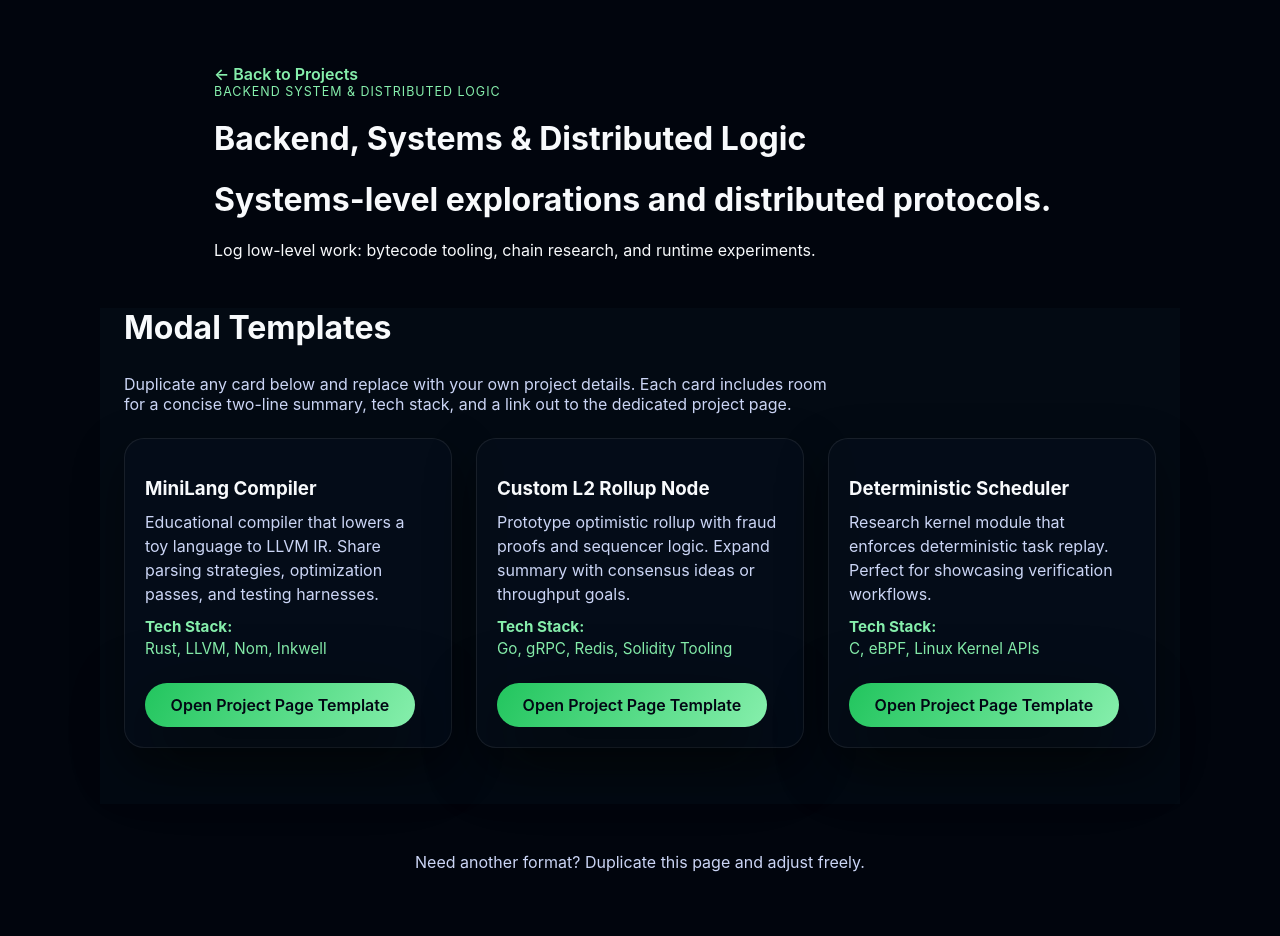
Repository: Abdulaziz-04/Abdulaziz-04.github.io
Page: projects/backend_systems.html
These files come from the project's save history. The page is drawn as it stood at one moment and after the next save; the edit follows.
The browser window is 1280 px wide. The pictures show the whole page.

Above is the page before, as saved 2025-11-20 17:16:20.

### projects/backend_systems.html
<!DOCTYPE html>
<html lang="en">
  <head>
    <meta charset="UTF-8" />
    <meta name="viewport" content="width=device-width, initial-scale=1" />
    <title>Backend, Systems &amp; Distributed Logic | Projects</title>
    <link rel="stylesheet" href="../assets/css/styles.css" />
  </head>
  <body class="category-page">
    <header class="category-hero">
      <a class="category-back" href="../index.html#projects"
        >&larr; Back to Projects</a
      >
      <a class="category-pill" href="../index.html#projects"
        >Backend System &amp; Distributed Logic</a
      >
      <h1>Backend, Systems &amp; Distributed Logic</h1>
      <h1>Systems-level explorations and distributed protocols.</h1>
      <p>
        Log low-level work: bytecode tooling, chain research, and runtime
        experiments.
      </p>
    </header>
    <main class="section category-section">
      <h2>Modal Templates</h2>
      <p class="category-description">
        Duplicate any card below and replace with your own project details. Each
        card includes room for a concise two-line summary, tech stack, and a
        link out to the dedicated project page.
      </p>
      <div class="project-modal-grid">
        <article class="project-modal-card">
          <div class="project-modal__body">
            <h3>MiniLang Compiler</h3>
            <p class="project-modal__summary">
              Educational compiler that lowers a toy language to LLVM IR. Share
              parsing strategies, optimization passes, and testing harnesses.
            </p>
            <p class="project-modal__tech">
              <strong>Tech Stack:</strong> Rust, LLVM, Nom, Inkwell
            </p>
            <div class="project-modal__actions">
              <a class="btn primary" href="project-template.html"
                >Open Project Page Template</a
              >
            </div>
          </div>
        </article>

        <article class="project-modal-card">
          <div class="project-modal__body">
            <h3>Custom L2 Rollup Node</h3>
            <p class="project-modal__summary">
              Prototype optimistic rollup with fraud proofs and sequencer logic.
              Expand summary with consensus ideas or throughput goals.
            </p>
            <p class="project-modal__tech">
              <strong>Tech Stack:</strong> Go, gRPC, Redis, Solidity Tooling
            </p>
            <div class="project-modal__actions">
              <a class="btn primary" href="project-template.html"
                >Open Project Page Template</a
              >
            </div>
          </div>
        </article>

        <article class="project-modal-card">
          <div class="project-modal__body">
            <h3>Deterministic Scheduler</h3>
            <p class="project-modal__summary">
              Research kernel module that enforces deterministic task replay.
              Perfect for showcasing verification workflows.
            </p>
            <p class="project-modal__tech">
              <strong>Tech Stack:</strong> C, eBPF, Linux Kernel APIs
            </p>
            <div class="project-modal__actions">
              <a class="btn primary" href="project-template.html"
                >Open Project Page Template</a
              >
            </div>
          </div>
        </article>
      </div>
    </main>
    <footer class="category-footer">
      <p>Need another format? Duplicate this page and adjust freely.</p>
    </footer>
  </body>
</html>

### assets/css/styles.css
:root {
  --bg: #030a13;
  --bg-alt: #050f1f;
  --panel: #071425;
  --panel-soft: rgba(34, 197, 94, 0.08);
  --accent: #22c55e;
  --accent-strong: #86efac;
  --text: #f8fafc;
  --muted: #cbd5f5;
  --border: rgba(255, 255, 255, 0.08);
  --radius: 18px;
  --shadow: 0 25px 70px rgba(1, 8, 4, 0.55);
}

* {
  box-sizing: border-box;
}

body {
  margin: 0;
  min-height: 100vh;
  font-family: "Inter", "Segoe UI", system-ui, -apple-system, BlinkMacSystemFont,
    sans-serif;
  color: var(--text);
  background: radial-gradient(circle at 15% 35%, rgba(34, 197, 94, 0.15), transparent 45%),
    radial-gradient(circle at 80% 0%, rgba(134, 239, 172, 0.2), transparent 35%),
    #020718;
  scroll-behavior: smooth;
  padding-top: 0;
}

.modal-open {
  overflow: hidden;
}

main {
  background: var(--bg);
}

.section {
  max-width: 1080px;
  margin: 0 auto;
  padding: 3.5rem 1.5rem;
}

.site-header {
  margin: 0;
  padding: clamp(4rem, 12vw, 6rem) clamp(1.5rem, 6vw, 4rem) 3.5rem;
  background: linear-gradient(135deg, rgba(5, 18, 12, 0.9), rgba(3, 10, 19, 0.85)),
    radial-gradient(circle at top left, rgba(34, 197, 94, 0.25), transparent 55%);
  box-shadow: inset 0 1px 0 rgba(255, 255, 255, 0.05);
  min-height: 85vh;
  display: flex;
  align-items: center;
}

.hero-header {
  margin-top: 0;
  padding-top: clamp(4.5rem, 12vw, 7rem);
}

.top-nav {
  position: fixed;
  top: 0;
  left: 0;
  width: 100%;
  padding: 0.75rem clamp(1.25rem, 6vw, 4rem);
  background: rgba(4, 9, 20, 0.95);
  border-bottom: 1px solid rgba(255, 255, 255, 0.05);
  backdrop-filter: blur(14px);
  display: flex;
  align-items: center;
  justify-content: space-between;
  gap: 1rem;
  z-index: 50;
}

.top-nav__brand {
  font-size: 0.85rem;
  letter-spacing: 0.3em;
  text-transform: uppercase;
  color: var(--muted);
}

.top-nav__links {
  display: flex;
  align-items: center;
  gap: 0.9rem;
  flex-wrap: wrap;
}

.nav-link {
  text-decoration: none;
  color: var(--muted);
  font-weight: 600;
  letter-spacing: 0.08em;
  text-transform: uppercase;
  padding: 0.4rem 0.85rem;
  border-radius: 999px;
  transition: color 0.2s ease, background 0.2s ease;
}

.nav-link:hover {
  color: var(--text);
}

.nav-link.active {
  background: var(--accent);
  color: #03140c;
}

.hire-btn {
  cursor: pointer;
  background: var(--accent);
  color: black;
  padding: 0.95rem 2.4rem;
  font-size: 1.1rem;
  font-weight: 700;
  border: none;
  border-radius: 999px;
  box-shadow: 0 12px 28px rgba(34, 197, 94, 0.35);
}

.hero-grid {
  display: grid;
  grid-template-columns: minmax(0, 1.4fr) minmax(220px, 320px);
  gap: clamp(2rem, 4vw, 3.5rem);
  width: 100%;
  align-items: start;
}

.hero-text h1 {
  font-size: clamp(2.5rem, 5vw, 3.8rem);
  margin: 0.2rem 0 0.8rem;
}

.hero-lede {
  color: var(--muted);
  font-size: 1.05rem;
  max-width: 560px;
  line-height: 1.6;
}

.eyebrow {
  text-transform: uppercase;
  color: var(--accent-strong);
}

.hero-summary {
  margin: 1.5rem 0 1.75rem;
  color: var(--muted);
}

.summary-list {
  font-size: large;
  margin: 0;
  padding-left: 1.5rem;
}

.summary-list li {
  margin-bottom: 0.55rem;
  line-height: 1.5;
}

.hero-actions {
  display: flex;
  flex-wrap: wrap;
  gap: 1rem;
  width: 100%;
}

.hero-actions .hire-btn {
  padding: 1.1rem 2.8rem;
  font-size: 1.2rem;
}

.btn {
  display: inline-flex;
  align-items: center;
  justify-content: center;
  gap: 0.4rem;
  padding: 0.75rem 1.6rem;
  border-radius: 999px;
  text-decoration: none;
  font-weight: 600;
  transition: transform 0.2s ease, box-shadow 0.2s ease;
}

.btn.primary {
  background: linear-gradient(120deg, var(--accent), var(--accent-strong));
  color: #020714;
  box-shadow: var(--shadow);
}

.btn.secondary {
  border: 1px solid var(--accent);
  color: var(--accent-strong);
}

.btn:hover {
  transform: translateY(-2px);
}

.hero-photo {
  justify-self: center;
}

.hero-photo img {
  width: clamp(220px, 18vw, 280px);
  border-radius: 28px;
  border: 1px solid rgba(134, 239, 172, 0.2);
  box-shadow: 0 20px 60px rgba(0, 0, 0, 0.6);
  filter: saturate(1.05);
}

.section h2 {
  margin-top: 0;
  font-size: 2rem;
}

.experience-grid {
  display: grid;
  grid-template-columns: repeat(auto-fit, minmax(300px, 1fr));
  gap: 1.75rem;
}

.experience-title {
  display: flex;
  justify-content: space-between;
  align-items: center;
  gap: 1rem;
  font-size: 1.2rem;
}

.experience-title .role {
  color: var(--text); /* default text color */
  font-weight: 600;
}

.experience-title .org {
  color:#6DF9C9;
  white-space: nowrap;
}

.experience-card,
.project-card {
  background: linear-gradient(145deg, var(--panel), rgba(6, 14, 18, 0.9));
  border-radius: var(--radius);
  border: 1px solid var(--border);
  padding: 1.75rem;
  box-shadow: var(--shadow);
}

.timeline {
  border-left: 2px solid var(--border);
  margin-top: 1.25rem;
}

.timeline-item {
  padding-left: 1.75rem;
  margin-bottom: 1.75rem;
  position: relative;
}

.timeline-header {
  display: flex;
  justify-content: space-between;
  align-items: baseline;
  gap: 1rem;
}

.timeline-header h3 {
  margin: 0;
}

.education-title {
  display: flex;
  justify-content: space-between;
  gap: 0.75rem;
  align-items: baseline;
  flex-wrap: wrap;
}

.edu-gpa {
  color: var(--accent-strong);
  white-space: nowrap;
  font-size: 0.95rem;
}





.hire-modal {
  position: fixed;
  inset: 0;
  background: rgba(5, 9, 18, 0.8);
  display: flex;
  justify-content: center;
  align-items: center;
  z-index: 100;
}

.hire-modal[hidden] {
  display: none;
}

.hire-modal__panel {
  background: #050b16;
  border: 1px solid rgba(255, 255, 255, 0.08);
  border-radius: 22px;
  padding: 1.75rem;
  width: min(90%, 420px);
  box-shadow: 0 30px 80px rgba(0, 0, 0, 0.55);
  position: relative;
  color: var(--text);
}

.hire-modal__panel p {
  color: var(--muted);
}

.hire-modal__close {
  position: absolute;
  top: 0.5rem;
  right: 0.75rem;
  background: var(--accent);
  color: #02120b;
  border: none;
  font-size: 1.35rem;
  font-weight: 700;
  cursor: pointer;
  width: 2.25rem;
  height: 2.25rem;
  border-radius: 999px;
  display: inline-flex;
  align-items: center;
  justify-content: center;
  line-height: 1;
}

.hire-options {
  display: flex;
  flex-direction: column;
  gap: 0.75rem;
  margin-top: 1rem;
}

.hire-option {
  display: flex;
  justify-content: space-between;
  align-items: center;
  padding: 0.85rem 1rem;
  border-radius: 1rem;
  text-decoration: none;
  color: var(--text);
  border: 1px solid rgba(255, 255, 255, 0.08);
  background: rgba(255, 255, 255, 0.02);
  transition: background 0.2s ease, transform 0.2s ease;
}

.hire-option:hover {
  background: rgba(34, 197, 94, 0.18);
  transform: translateY(-2px);
}

.hire-option small {
  color: var(--muted);
  letter-spacing: 0.04em;
}

.hire-modal__action {
  margin-top: 1.5rem;
  width: 100%;
  text-align: center;
}

.timeline-item::before {
  content: "";
  width: 11px;
  height: 11px;
  border-radius: 999px;
  background: var(--accent);
  box-shadow: 0 0 16px rgba(34, 197, 94, 0.8);
  position: absolute;
  left: -6px;
  top: 4px;
}

.timeline-date {
  font-size: 0.85rem;
  letter-spacing: 0.1em;
  text-transform: uppercase;
  color: var(--muted);
}

.course-dropdown {
  margin-top: 1.5rem;
}

.course-toggle {
  width: 100%;
  background: transparent;
  border: 1px solid rgba(255, 255, 255, 0.08);
  border-radius: var(--radius);
  padding: 0.75rem 1.1rem;
  color: var(--text);
  font: inherit;
  font-weight: 600;
  letter-spacing: 0.04em;
  display: flex;
  justify-content: space-between;
  align-items: center;
  cursor: pointer;
  transition: border-color 0.2s ease, transform 0.2s ease, box-shadow 0.2s ease;
}

.course-toggle:hover {
  border-color: rgba(134, 239, 172, 0.7);
  box-shadow: 0 0 20px rgba(34, 197, 94, 0.25);
  transform: translateY(-1px);
}

.course-toggle__icon {
  font-size: 1.1rem;
  line-height: 1;
  transition: transform 0.25s ease;
}

.course-toggle[aria-expanded='true'] .course-toggle__icon {
  transform: rotate(45deg);
}

.course-panel {
  margin-top: 1rem;
  border-left: 2px solid rgba(134, 239, 172, 0.3);
  padding-left: 1.25rem;
}

.course-panel[hidden] {
  display: none;
}

.course-panel__body h4 {
  margin-top: 1rem;
  margin-bottom: 0.5rem;
}

.certifications-list {
  display: grid;
  gap: 1rem;
  margin-top: 1rem;
}

#certifications {
  scroll-margin-top: 140px;
}

.cert-list {
  list-style: none;
  padding: 0;
  margin: 0;
  display: flex;
  flex-direction: column;
  gap: 0.75rem;
}

.cert-title {
  font-weight: 700;
}

.cert-meta {
  font-size: 0.95rem;
  color: var(--muted);
}

.loading-text,
.loading-error {
  color: var(--muted);
  font-style: italic;
}

.loading-error {
  color: #fda4af;
}

.project-card--featured {
  display: flex;
  flex-wrap: wrap;
  gap: 1.5rem;
}

.project-media img {
  max-width: 280px;
  border-radius: var(--radius);
  border: 1px solid rgba(34, 197, 94, 0.3);
}

.project-grid {
  display: grid;
  grid-template-columns: repeat(auto-fit, minmax(240px, 1fr));
  gap: 1.25rem;
  margin-top: 1rem;
}

.projects-overview .projects-lede {
  color: var(--muted);
  max-width: 760px;
  margin-bottom: 2rem;
}

.project-category-grid {
  display: grid;
  grid-template-columns: repeat(auto-fit, minmax(260px, 1fr));
  gap: 1.5rem;
  margin-top: 2rem;
}

.project-category-card {
  border: 1px solid var(--border);
  border-radius: var(--radius);
  padding: 1.75rem;
  background: rgba(7, 19, 33, 0.85);
  display: flex;
  flex-direction: column;
  gap: 0.75rem;
  box-shadow: 0 15px 40px rgba(0, 0, 0, 0.35);
  min-height: 260px;
}

.category-pill {
  text-transform: uppercase;
  letter-spacing: 0.08em;
  font-size: 0.78rem;
  color: var(--accent-strong);
  margin: 0;
  display: block;
  min-height: 2.2em;
  text-decoration: none;
  cursor: pointer;
}

.project-category-card h3 {
  margin: 0;
  line-height: 1.35;
  min-height: 3.2em;
}

.project-category-card > p:not(.category-pill) {
  margin: 0;
  line-height: 1.5;
  min-height: 4.4em;
}

.category-link {
  align-self: flex-start;
  margin-top: auto;
}

.category-page {
  background: #01050d;
  color: var(--text);
  min-height: 100vh;
  margin: 0;
}

.category-hero {
  max-width: 900px;
  margin: 0 auto;
  padding: 4rem 1.5rem 2rem;
  text-align: left;
}

.category-hero h1 {
  margin-top: 0.5rem;
}

.category-back {
  text-decoration: none;
  color: var(--accent-strong);
  font-weight: 600;
}

.category-section {
  padding-top: 0;
}

.category-description {
  color: var(--muted);
  max-width: 720px;
}

.project-modal-grid {
  display: grid;
  grid-template-columns: repeat(auto-fit, minmax(280px, 1fr));
  gap: 1.5rem;
  margin-top: 1.5rem;
  align-items: stretch;
  grid-auto-rows: 1fr;
}

.project-modal-card {
  border: 1px solid rgba(255, 255, 255, 0.08);
  border-radius: 20px;
  padding: 1.25rem;
  background: rgba(5, 13, 25, 0.95);
  display: flex;
  flex-direction: column;
  gap: 1rem;
  box-shadow: 0 20px 50px rgba(0, 0, 0, 0.45);
  height: 100%;
}

.project-modal__body {
  display: grid;
  grid-template-rows: auto 1fr auto auto;
  gap: 0.6rem;
  height: 100%;
}

.project-modal-card h3 {
  margin: 0;
  min-height: 2.6rem;
  display: flex;
  align-items: flex-end;
}

.project-modal__body h3,
.project-modal__body p {
  margin: 0;
}

.project-modal__summary {
  color: var(--muted);
  line-height: 1.5;
  min-height: 0;
}

.project-modal__tech {
  font-size: 0.95rem;
  color: var(--accent-strong);
  min-height: 2.4rem;
  line-height: 1.5;
}

.project-modal__tech strong,
.project-modal__tech b {
  display: block;
}

.project-modal__actions {
  display: flex;
  gap: 0.75rem;
  flex-wrap: wrap;
  margin-top: auto;
  padding-top: 0.75rem;
}

.category-footer {
  text-align: center;
  color: var(--muted);
  padding: 2rem 1rem 3rem;
}

.project-detail-page {
  background: #01050d;
  color: var(--text);
  margin: 0;
}

.detail-hero {
  max-width: 960px;
  margin: 0 auto;
  padding: 4rem 1.5rem 2rem;
}

.detail-summary {
  color: var(--muted);
  font-size: 1.1rem;
}

.detail-meta {
  list-style: none;
  padding: 0;
  margin: 1.5rem 0 0;
  display: flex;
  flex-wrap: wrap;
  gap: 1rem 2rem;
  color: var(--accent-strong);
}

.detail-content {
  padding-top: 0;
}

.home-page p,
.home-page li,
.home-page .course-panel__body {
  text-align: justify;
}

.home-page .projects-overview p,
.home-page .project-category-card p {
  text-align: left;
}

.project-detail-page p,
.project-detail-page li {
  text-align: justify;
}

.detail-section {
  margin-bottom: 2.5rem;
}

.detail-gallery {
  display: flex;
  flex-direction: column;
  gap: 1.5rem;
}

.detail-gallery .gallery-row {
  display: flex;
  flex-direction: column;
  gap: 1.75rem;
  align-items: center;
}

.detail-gallery .gallery-row--two {
  width: 100%;
  display: grid;
  grid-template-columns: repeat(auto-fit, minmax(280px, 1fr));
  gap: 1.25rem;
  align-items: start;
}

.detail-gallery .gallery-item {
  flex: 0 0 auto;
  max-width: 880px;
  margin: 0 auto;
  text-align: center;
}

.detail-gallery .gallery-item figcaption {
  text-align: center;
}

.detail-gallery .gallery-item img {
  display: block;
  width: 100%;
  height: auto;
  border-radius: 12px;
  border: 1px solid rgba(255, 255, 255, 0.08);
  margin: 0 auto;
  transform: none;
}

.detail-video {
  display: block;
  width: 100%;
  max-width: 720px;
  height: auto;
  margin: 0 auto;
  border-radius: 12px;
  border: 1px solid rgba(255, 255, 255, 0.08);
  background: #000;
}

.detail-gallery__grid {
  display: grid;
  grid-template-columns: repeat(auto-fit, minmax(240px, 1fr));
  gap: 1.25rem;
}

.detail-gallery__grid img {
  width: 100%;
  border-radius: 14px;
  border: 1px solid rgba(255, 255, 255, 0.08);
}

.detail-snippet pre {
  background: #020714;
  padding: 1.25rem;
  border-radius: 16px;
  border: 1px solid rgba(255, 255, 255, 0.08);
  overflow-x: auto;
}

.code-emphasis {
  font-size: 1.4em;
}

.skills-list {
  display: flex;
  flex-wrap: wrap;
  gap: 0.65rem;
}

.skill-pill {
  --pill-bg: rgba(148, 163, 184, 0.15);
  --pill-color: #f8fafc;
  --pill-icon: rgba(255, 255, 255, 0.85);
  display: inline-flex;
  align-items: center;
  gap: 0.4rem;
  padding: 0.45rem 0.9rem;
  border-radius: 0.85rem;
  background: var(--pill-bg);
  color: var(--pill-color);
  font-size: 0.78rem;
  font-weight: 700;
  letter-spacing: 0.05em;
  text-transform: uppercase;
  border: 1px solid rgba(255, 255, 255, 0.06);
  box-shadow: 0 6px 14px rgba(0, 0, 0, 0.25);
}

.skill-pill i {
  font-size: 1rem;
  color: var(--pill-icon);
}

.site-footer {
  text-align: center;
  display: flex;
  justify-content: center;
  padding: 2.5rem 1rem 3rem;
  color: var(--muted);
  border-top: 1px solid var(--border);
  background: linear-gradient(180deg, rgba(5, 9, 18, 0.98), rgba(2, 7, 24, 0.95));
  margin-top: 0;
  box-shadow: 0 -18px 45px rgba(0, 0, 0, 0.45);
}

.site-footer p {
  margin: 0;
}

@media (max-width: 1024px) {
  .hero-grid {
    grid-template-columns: 1fr;
    text-align: center;
  }

  .hero-photo {
    order: -1;
  }

  .top-nav {
    flex-direction: column;
    align-items: flex-start;
    gap: 0.5rem;
  }

  .top-nav__links {
    width: 100%;
    justify-content: flex-start;
    gap: 0.5rem;
  }

  .hire-btn {
    width: 100%;
    text-align: center;
  }
}

@media (max-width: 640px) {
  .hero-header {
    padding-top: 9rem;
  }

  .experience-title {
    flex-direction: column;
    align-items: flex-start;
    gap: 0.35rem;
    font-size: 1.05rem;
  }

  .experience-title .org {
    white-space: normal;
    width: 100%;
  }
}


/* Medium size for first GIF */
.gallery-item--medium {
  text-align: center;
}

.gallery-item--medium img {
  max-width: 720px;
  width: 100%;
  height: auto;
  display: block;
  margin: 0 auto;
}

.gallery-item figcaption {
  margin-top: 0.95rem;
  color: var(--muted);
  line-height: 1.5;
}

.hero-screens {
  display: flex;
  flex-wrap: wrap;
  justify-content: center;
  align-items: flex-start;
  gap: 1.25rem;
}

.hero-screens .gallery-item {
  max-width: 220px;
  width: 100%;
  display: flex;
  flex-direction: column;
  align-items: center;
}

.hero-screens .gallery-item img {
  width: 100%;
  height: 420px;
  display: block;
  margin: 0 auto;
  object-fit: contain;
}

.hero-screens .gallery-item figcaption {
  text-align: center;
  margin-top: 0.75rem;
}


a {
  color: #b6f5c9;
}

a:hover {
  color: #8ef0af;
}

After the next save:
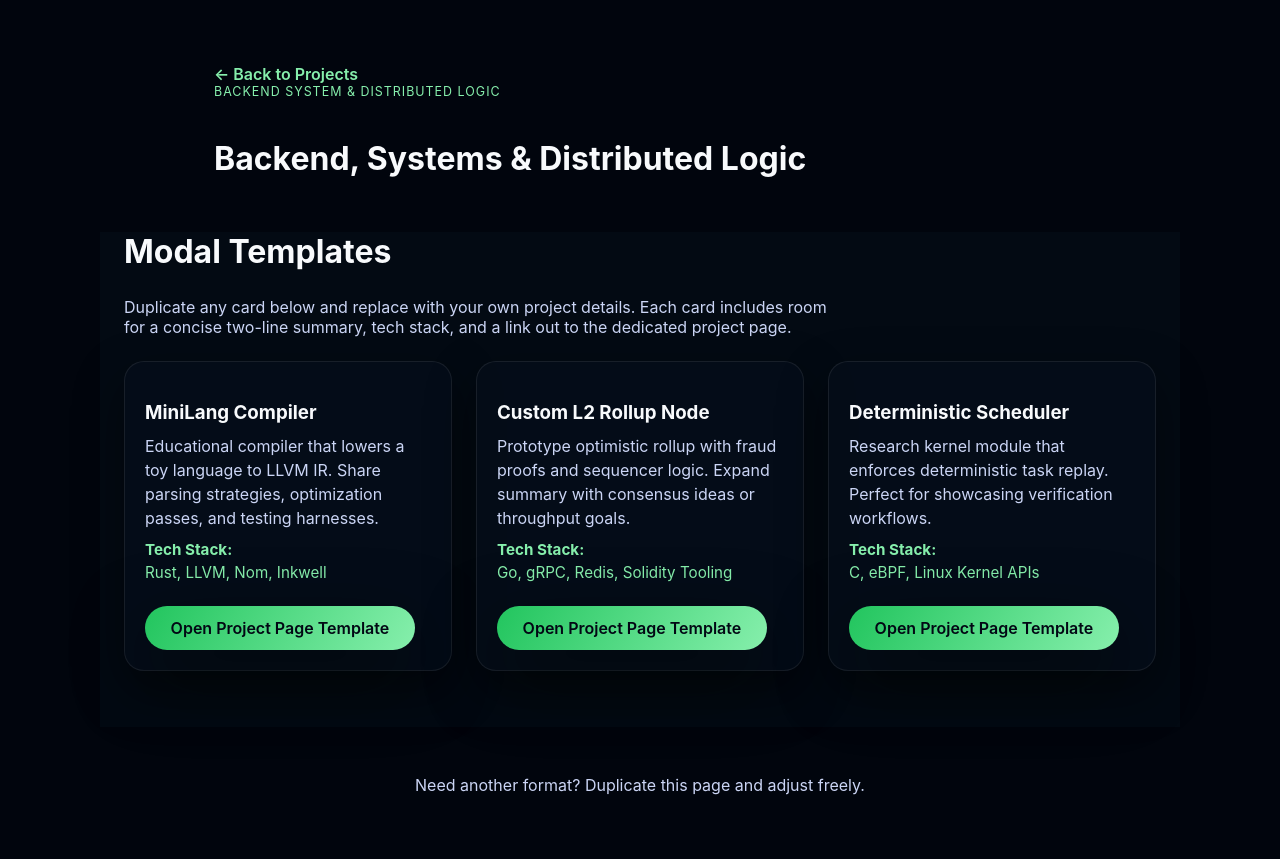
Saved 8 s later.
--- a/projects/backend_systems.html
+++ b/projects/backend_systems.html
@@ -14,12 +14,8 @@
       <a class="category-pill" href="../index.html#projects"
         >Backend System &amp; Distributed Logic</a
       >
+      <br />
       <h1>Backend, Systems &amp; Distributed Logic</h1>
-      <h1>Systems-level explorations and distributed protocols.</h1>
-      <p>
-        Log low-level work: bytecode tooling, chain research, and runtime
-        experiments.
-      </p>
     </header>
     <main class="section category-section">
       <h2>Modal Templates</h2>
